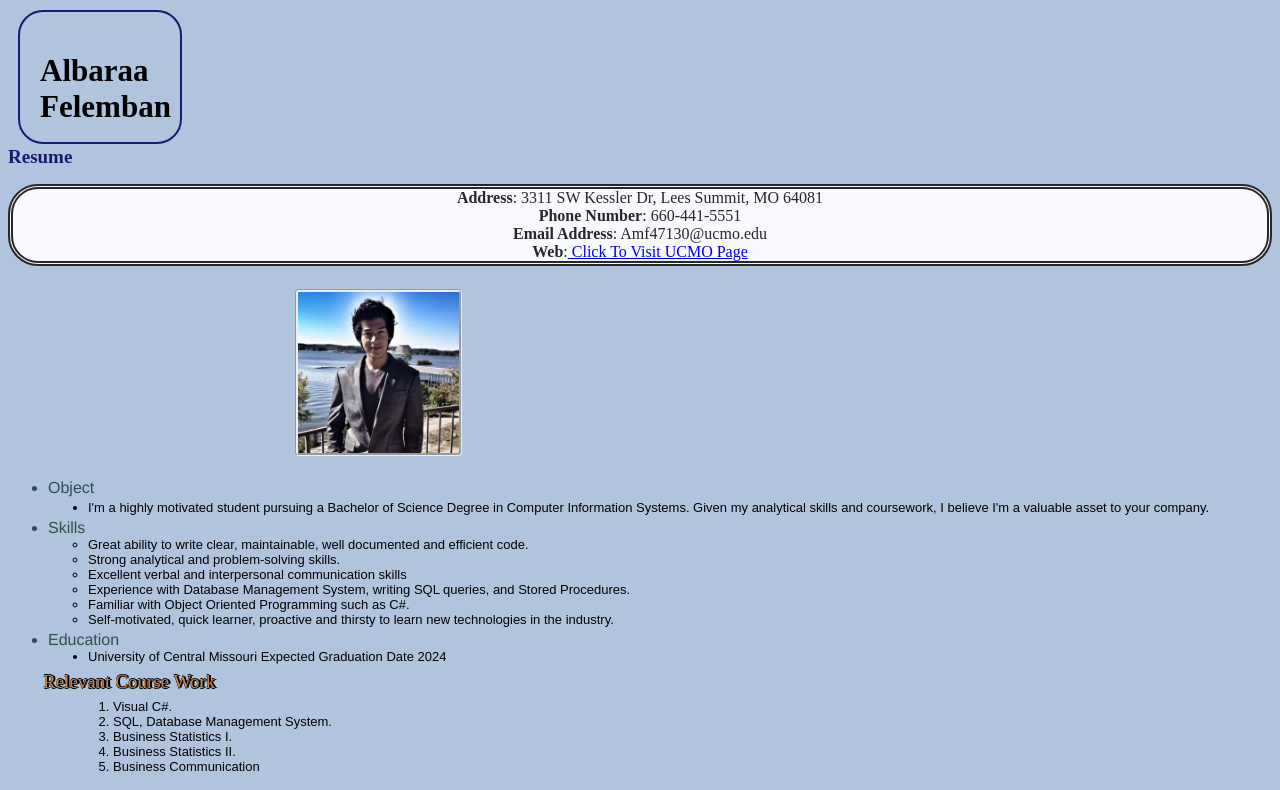
Repository: MrFelemban/RealEstate_Web-cis2625
Page: lesson1/index.html
The author's editor kept a record of every edit. The page is drawn from the files as they stood at one moment, then again after the next edit.
The browser window is 1280 px wide. The pictures show the whole page.

Above is the page before.

After the next edit:
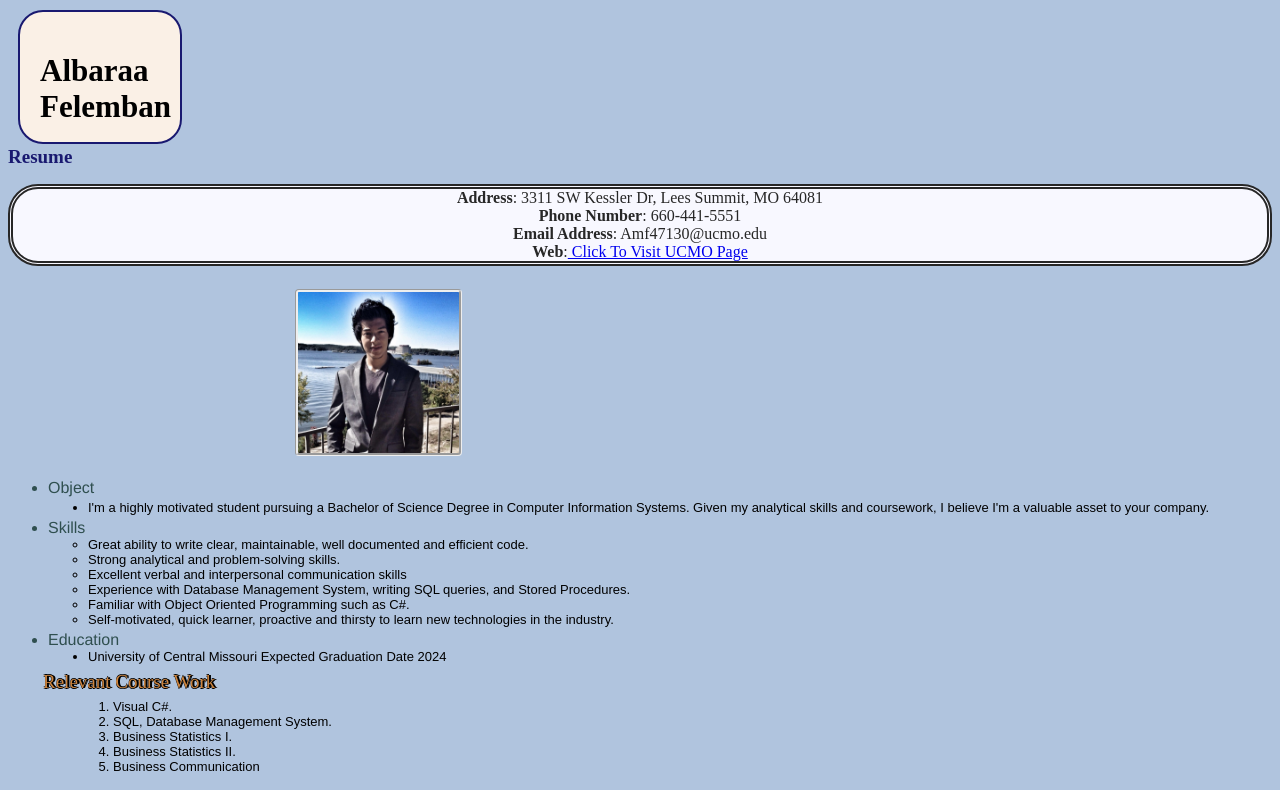
The edit:
--- a/lesson1/Resume.css
+++ b/lesson1/Resume.css
@@ -28,7 +28,7 @@
 
 		margin: 10px;
 		padding: 5px;
-		background: transparent;
+		background: #FAF0E6;
 		font-size: 97%;
 		float: inherit;
 		margin-bottom: 2px;
